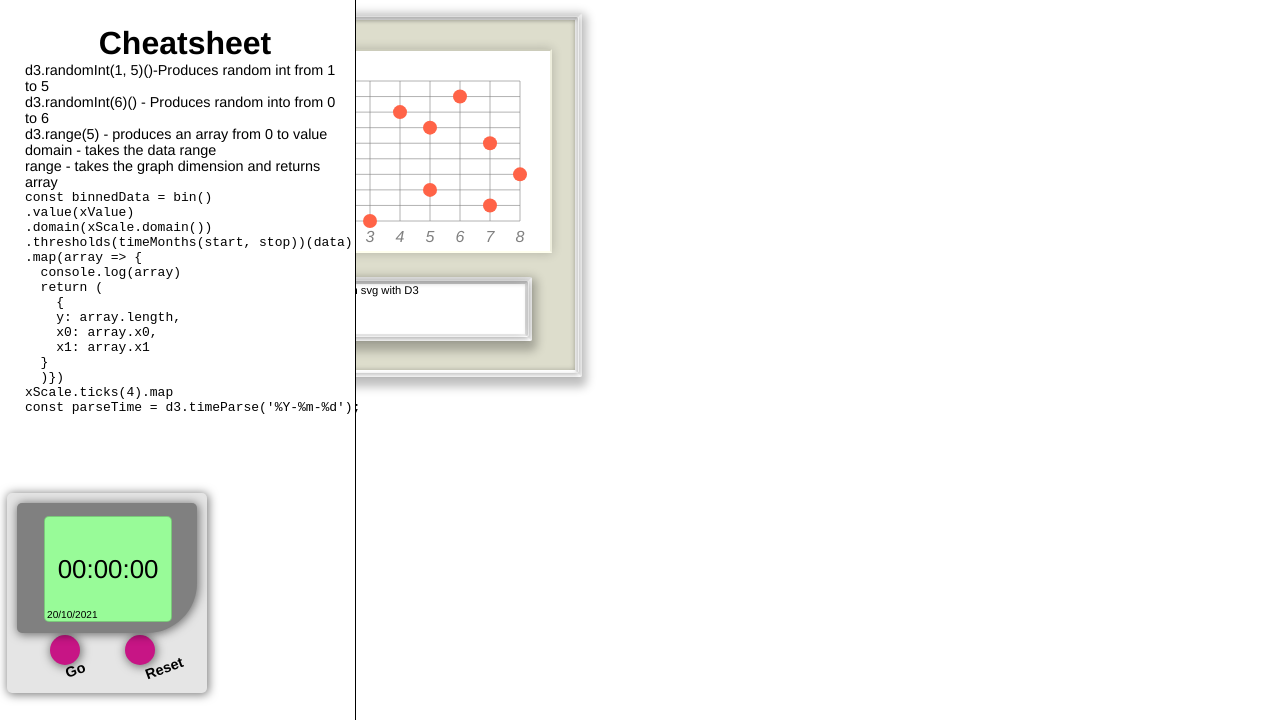
Repository: Lewisjohnward/100-days-of-d3
Page: /
An editor plug-in stored every save of this project. The page is shown before and after the next save, followed by the edit.
The browser window is 1280 px wide. The pictures show the whole page.
The page's requests for data from a server got no answer. An inner scrolling area shows only its first screen. The project was rebuilt for these pictures with package versions that can differ from the ones it lists, and the page was loaded fresh each time. No one was signed in, and anything a server would have sent is missing. Also part of the build but not shown: src/charts/chart2/useGetData.js, src/charts/chart2/styles.js, src/charts/chart2/Chart.js, src/charts/chart3/useGetData.js, src/charts/chart3/styles.js, src/charts/chart3/Chart.js, src/charts/chart4/useGetData.js, src/charts/chart4/styles.js and 4 more.

Above is the page before, as saved 2021-10-20 15:31:34.

After the next save:
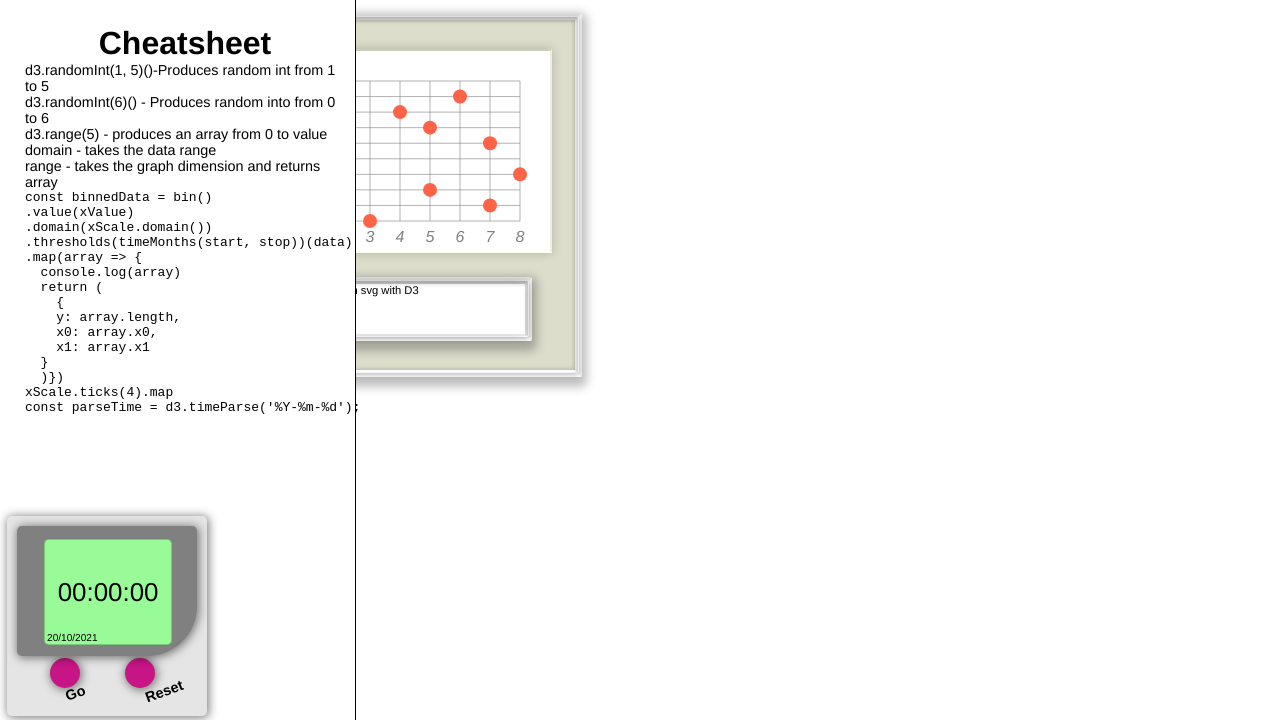
Saved 4 s later.
--- a/src/components/Timer.js
+++ b/src/components/Timer.js
@@ -3,7 +3,7 @@ import styled, { keyframes } from "styled-components";
 
 const Icon = styled.div`
   position: absolute;
-  bottom: 10%;
+  bottom: 7%;
   left: 2%;
   height: 200px;
   width: 200px;
